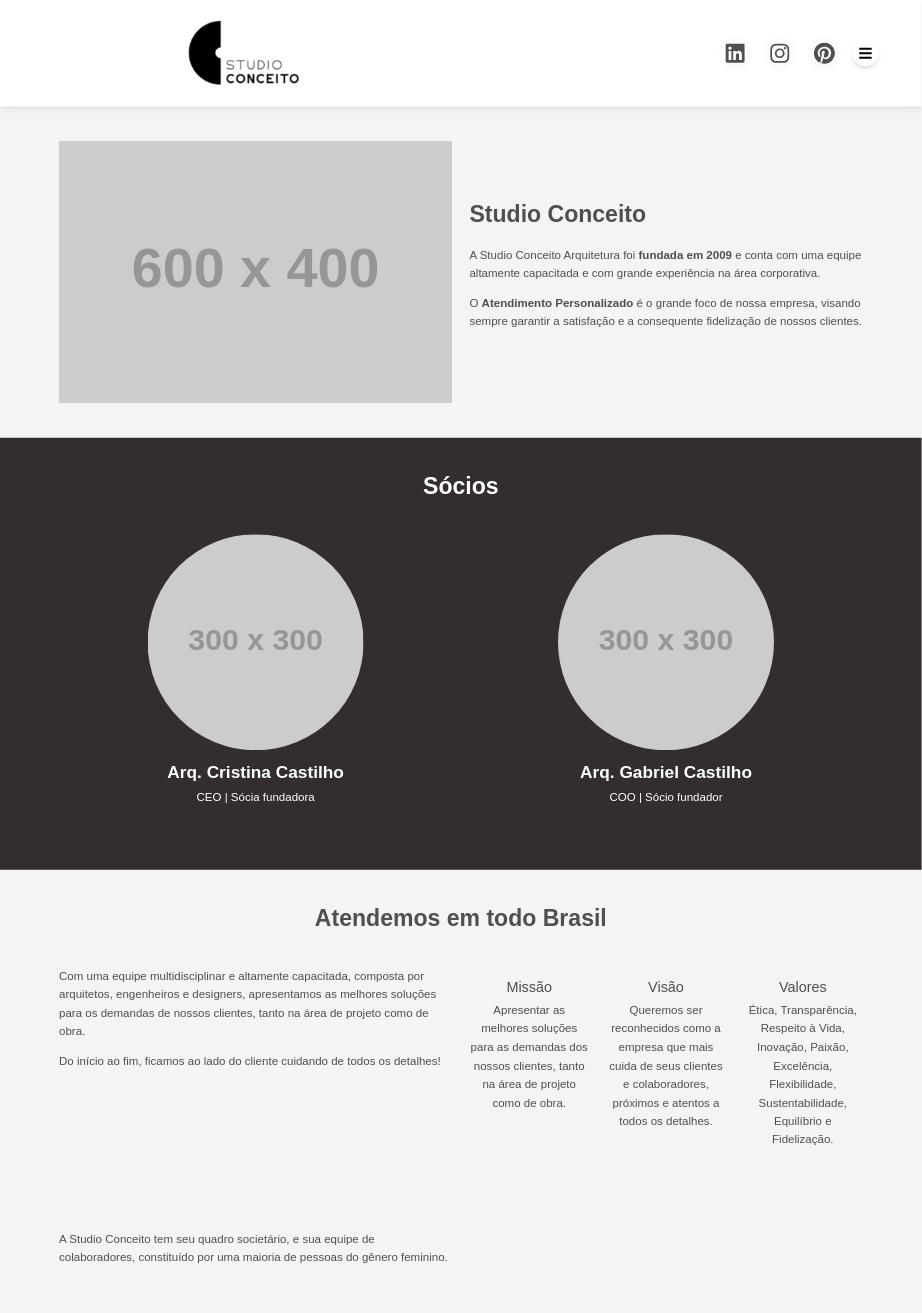
Repository: Upstairs-Agencia/studio-conceito-react
Page: /quem-somos
An editor plug-in stored every save of this project. The page is shown before and after the next save, followed by the edit.
The browser window is 1280 px wide. The pictures show the whole page, at 72% of full size.
The project was rebuilt for these pictures with package versions that can differ from the ones it lists, and the page was loaded fresh each time. Also part of the build but not shown: src/pages/Home.js, src/styles/footer.css, src/components/footer.js, src/pages/Servicos.js, src/pages/Cases.js, src/pages/Blog.js, src/pages/Clientes.js, src/pages/Contato.js.

Above is the page before, as saved 2024-12-29 03:30:21.

After the next save:
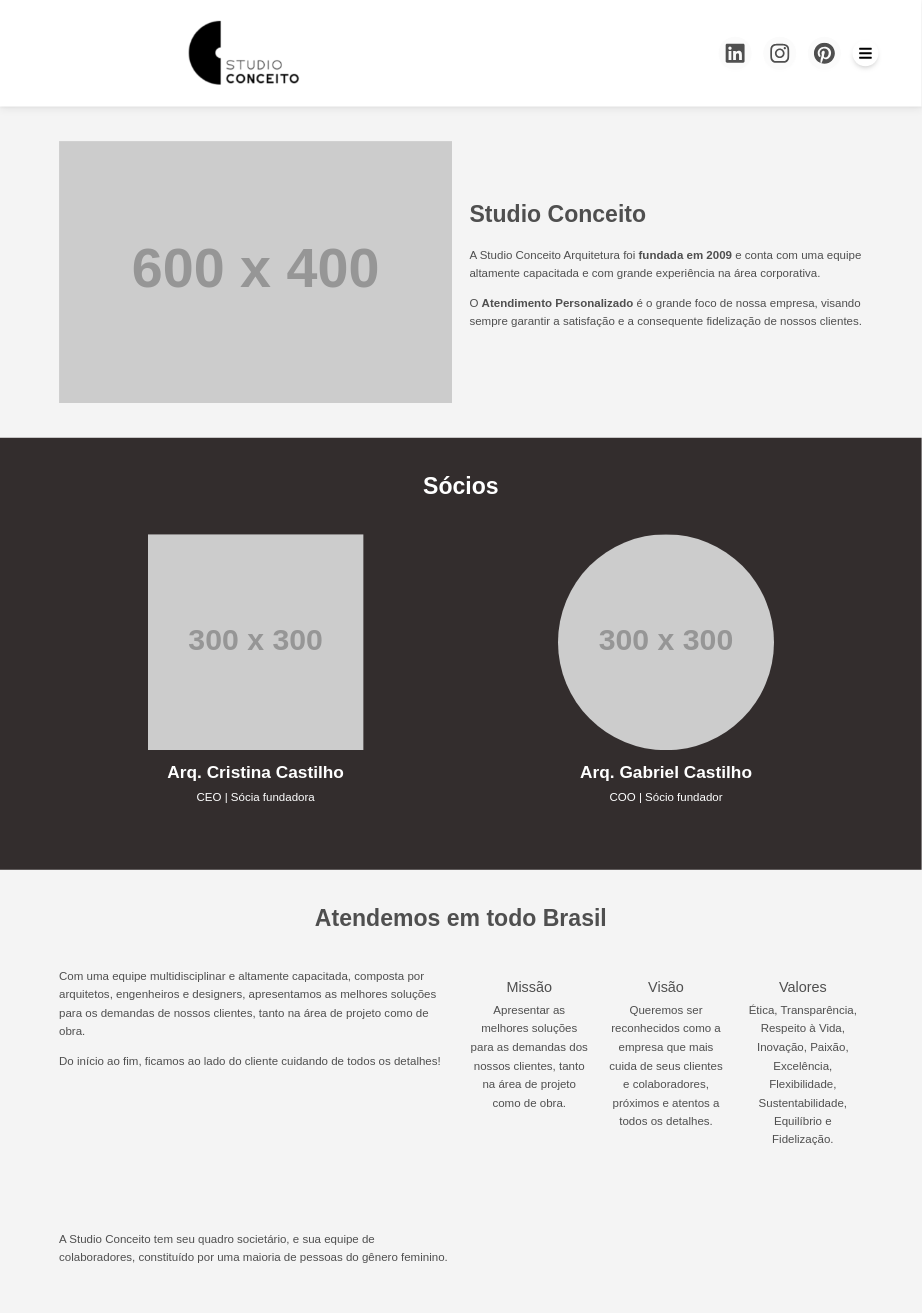
Saved 49 s later.
--- a/src/pages/QuemSomos.js
+++ b/src/pages/QuemSomos.js
@@ -48,7 +48,7 @@ export default function QuemSomos(){
                                 <img
                                     src='https://via.placeholder.com/300x300'
                                     alt='Arq. Cristina Castilho'
-                                    className='img-fluid rounded-circle mb-3' />
+                                    className='img-fluid mb-3' />
                                 <h4 className='fw-bold'>Arq. Cristina Castilho</h4>
                                 <p>CEO | Sócia fundadora</p>
                                 <a href='#' className='text-white'>
